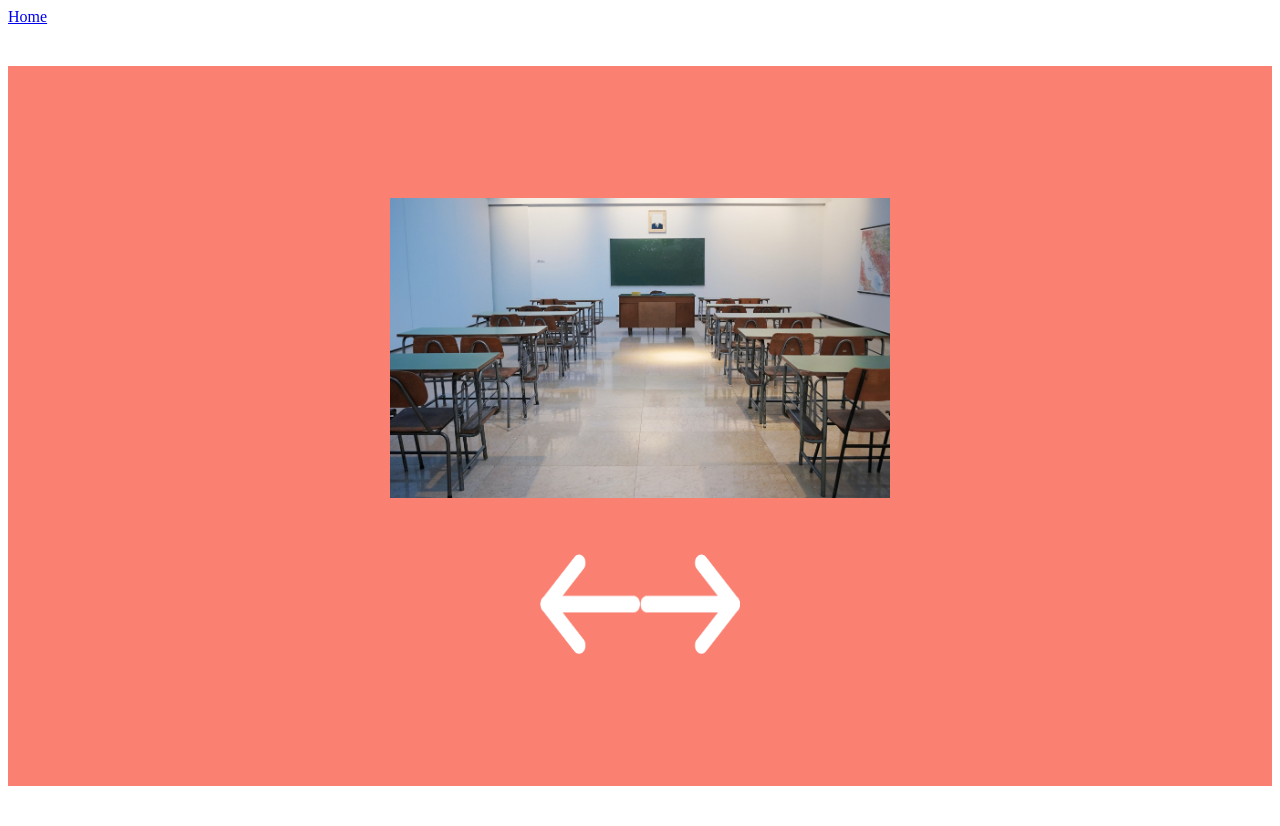
Repository: RonanKhalilOlaes/Class08
Page: /carouselPage
The author's editor kept a copy of each file at every save. The page is drawn from the files as they stood at one save, then again after the next save.
The browser window is 1280 px wide. The pictures show the whole page.
The project was rebuilt for these pictures with package versions that can differ from the ones it lists, and the page was loaded fresh each time. The framework's server and built-in components were replaced by stand-ins that run in the browser. Also part of the build but not shown: next.config.js.

Above is the page before, as saved 2023-02-20 22:50:26.

### pages/carouselPage.js
import Carousel from "@/component/carousel";
import Link from "next/link";
import styles from '@/styles/Home.module.css'

export default function CarouselPage() {
    return (
        <>
            <Link href="/">Home</Link>
            <Carousel/>
        </>
    )
}

### styles/globals.css
:root {

}

### component/carousel/index.js

import Image from "next/image"
import { useState } from "react"
import styles from '/component/carousel/Carousel.module.css'

export default function Carousel () {

    const [img, setImg] = useState(0);

    const changeImage = (change) => {
            if(change == "backward") {
                setImg(img - 1);

                if(img == 0){
                    setImg(5);
                }
                console.log(img);

            }else if (change == "forward") {
                setImg(img +1);
                if(img == 5) {
                    setImg(0);
                }
                console.log(img);
            }

        }

    return (
        <>
            <div className={styles.carousel}>

            <div style={{
                backgroundImage:"url(/carousel-images/" + img + ".jpg)",
                backgroundSize: 'cover',
                backgroundRepeat: "no-repeat",
                width: 500,
                height: 300
            }}>
            </div>
            <div className={styles.arrow}>
                <Image
                    src={"/icons/leftArrow.png"}
                    alt={"/icons/leftArrow.png"}
                    width={100}
                    height={100}
                    onClick={() => changeImage("backward")}
                />

                <Image
                    src={"/icons/rightArrow.png"}
                    alt={"/icons/rightArrow.png"}
                    width={100}
                    height={100}
                    onClick={() => changeImage("forward")}
                />
            </div>

            </div>
        </>
    )
}

### component/carousel/Carousel.module.css
.carousel {
            height: "200px";
            background-Repeat: no-repeat;
            background-Size: "cover";
            display: flex;
            justify-Content: center;
            flex-direction: column;
            align-items: center;
            margin: 40px 0px;
            background-color: salmon;
            height: 100vh;
            gap: 0.5em;
}

.arrow {
    display: flex;
    justify-content: center;
    padding-top: 3em;
}

### styles/Home.module.css
.main {
  display: flex;
  flex-direction: column;
  justify-content: space-between;
  align-items: center;
  padding: 6rem;
  min-height: 80vh;

  background-color: rgb(218, 110, 98);
}

.text {
  color: white;
  text-decoration: none;
  font-size: 2rem;
  font-family: Arial, Helvetica, sans-serif;
}

.page {
  display: flex;
  flex-direction: column;
  text-align: center;
  justify-content: center;
  font-size: 2em;
  min-height: 100vh;
  color: beige;
  text-decoration: none;
  font-family: Georgia, 'Times New Roman', Times, serif;
  background-color: lightsalmon;
}

Loaded but not shown: pages/_app.js (common file); pages/_document.js (common file)

After the next save:
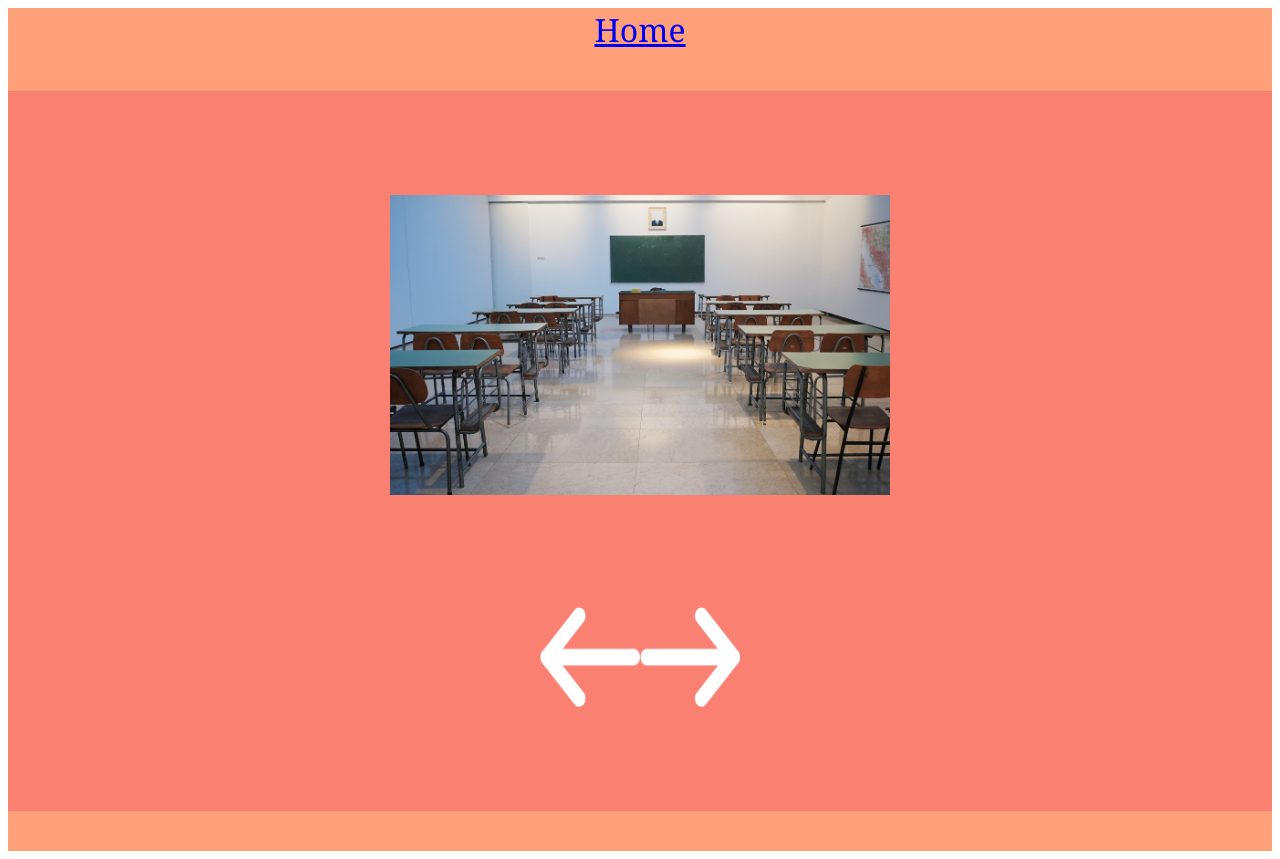
Saved 29 s later.
--- a/pages/carouselPage.js
+++ b/pages/carouselPage.js
@@ -5,8 +5,10 @@ import styles from '@/styles/Home.module.css'
 export default function CarouselPage() {
     return (
         <>
+        <div className={styles.page}>
             <Link href="/">Home</Link>
             <Carousel/>
+        </div>
         </>
     )
 }
